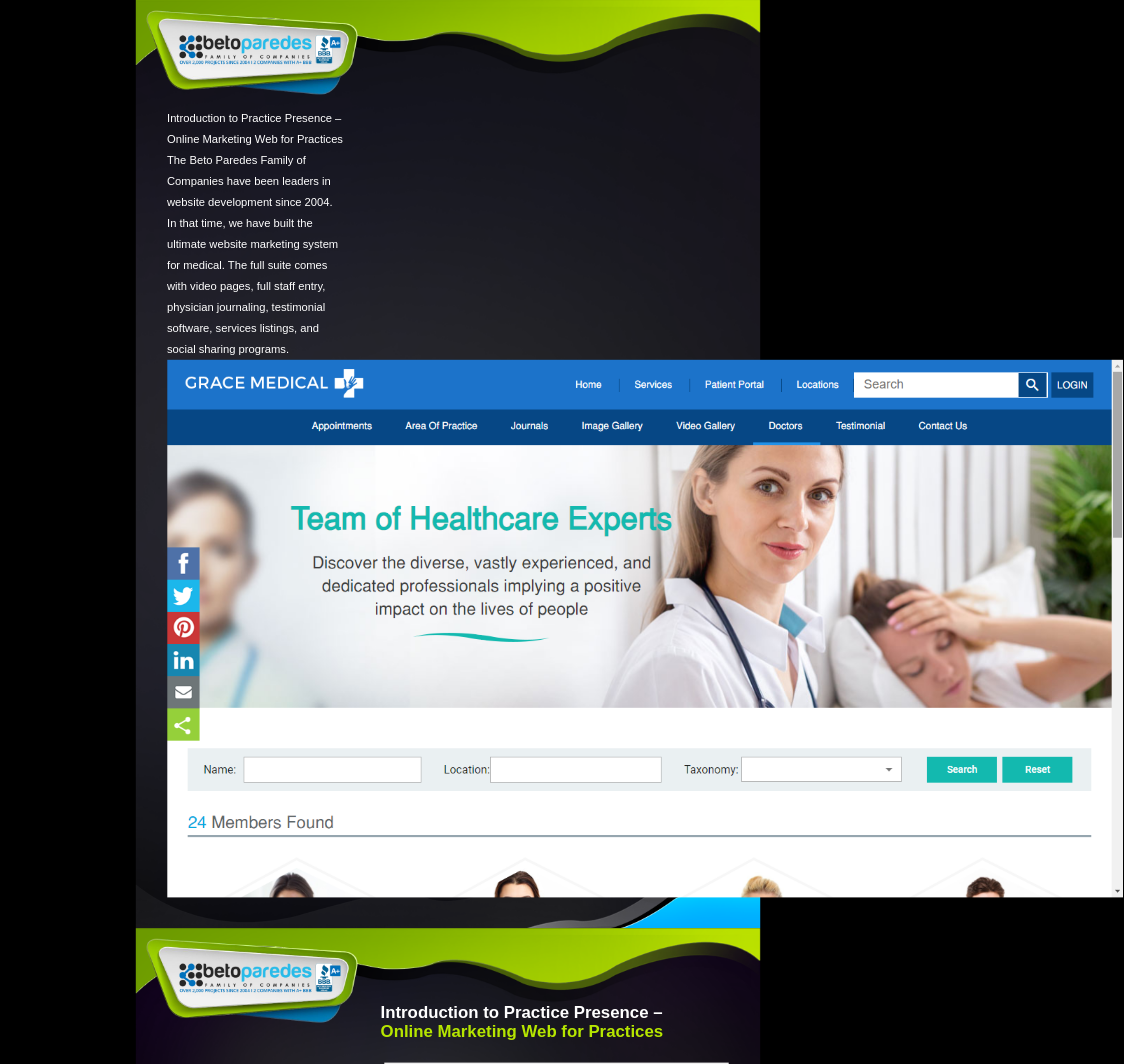
Repository: koushikbiswas/Beto_Paredes_Family_Opportunities_Intro_Deck
Page: slide29.html
An editor plug-in stored every save of this project. The page is shown before and after the next save, followed by the edit.
The browser window is 1280 px wide. The page is 1605 px wide, then 1280 px, so the pictures cover 1605 px, including what lies to the right of the window. The pictures show the part of the page from y = 0 to 1520 px (the page is 3400 px tall before and 2594 px after), at 70% of full size.

Above is the page before, as saved 2021-12-21 18:06:22.

### slide29.html
<!DOCTYPE html>
<html lang="en">
<head>
    <meta charset="UTF-8">
    <meta http-equiv="X-UA-Compatible" content="IE=edge">
    <meta name="viewport" content="width=device-width, initial-scale=1.0">
    <title>Document</title>
    <link rel="stylesheet" href="assets/css/slide.css">
</head>
<body>
        <!-- -----------START SLIDE 25 HTML----------- -->
        <div class="pdfhomepagemain slide25">
            <div class="pdfmaincontainer">
                <div class="pdfheaderblock">
                    <div class="pdfheaderblockinner">
                        <div class="pdflogowrapper">
                            <img src="assets/images/common/pdflogo.png" alt="logo">
                        </div>
                    </div>
                </div>
                <div class="pdfmaincontent">
                    <div class="pdfmaincontentinner">
                        <p>Introduction to Practice Presence – <br><span>Online Marketing Web for Practices</span></p>
                        <div class="pdfmaincontentinnerbottom">
                            <div class="pdfmaincontentinnerbottominner">
                                <p>The <span>Beto Paredes Family of <br>Companies have been leaders in <br>website development since 2004</span>. <br>In that time, we have built the <br>ultimate website marketing system <br>for medical. The full suite comes <br>with video pages, full staff entry, <br>physician journaling, testimonial <br>software, services listings, and <br>social sharing programs.</p>
                            </div>
                            <div class="pdfmainimgwrapper">
                                <img src="assets/images/slide25-screenimg.png" alt="slide25 screenimg">
                            </div>
                        </div>
                    </div>
                </div>
                <div class="pdffooterblock">
                </div>
            </div>
        </div> <!-------------END SLIDE 25 HTML------------->
    <!-- -----------START SLIDE 26 HTML----------- -->
    <div class="pdfhomepagemain slide26">
        <div class="pdfmaincontainer">
            <div class="pdfheaderblock">
                <div class="pdfheaderblockinner">
                    <div class="pdflogowrapper">
                        <img src="assets/images/common/pdflogo.png" alt="logo">
                    </div>
                </div>
            </div>
            <div class="pdfmaincontent">
                <div class="pdfmaincontentinner">
                    <p>Introduction to Practice Presence – <br><span>Online Marketing Web for Practices</span></p>
                    <div class="pdfmaincontentinnerbottom">
                        <div class="pdfmaincontentinnerbottominner">
                            <p>The <span>Beto Paredes Family of <br>Companies have been leaders in <br>website development since 2004</span>. <br>In that time, we have built the <br>ultimate website marketing system <br>for medical. The full suite comes <br>with video pages, full staff entry, <br>physician journaling, testimonial <br>software, services listings, and <br>social sharing programs.</p>
                        </div>
                        <div class="pdfmainimgwrapper">
                            <img src="assets/images/slide26-screenimg.png" alt="slide26 screenimg">
                        </div>
                    </div>
                </div>
            </div>
            <div class="pdffooterblock">
            </div>
        </div>
    </div> <!-------------END SLIDE 26 HTML------------->

    <!-- -----------START SLIDE 27 HTML----------- -->
    <div class="pdfhomepagemain slide27">
        <div class="pdfmaincontainer">
            <div class="pdfheaderblock">
                <div class="pdfheaderblockinner">
                    <div class="pdflogowrapper">
                        <img src="assets/images/common/pdflogo.png" alt="logo">
                    </div>
                </div>
            </div>
            <div class="pdfmaincontent">
                <div class="pdfmaincontentinner">
                    <p>Introduction to Practice Presence – <br><span>Online Marketing Web for Practices</span></p>
                    <div class="pdfmaincontentinnerbottom">
                        <div class="pdfmaincontentinnerbottominner">
                            <p>The <span>Beto Paredes Family of <br>Companies have been leaders in <br>website development since 2004</span>. <br>In that time, we have built the <br>ultimate website marketing system <br>for medical. The full suite comes <br>with video pages, full staff entry, <br>physician journaling, testimonial <br>software, services listings, and <br>social sharing programs.</p>
                        </div>
                        <div class="pdfmainimgwrapper">
                            <img src="assets/images/slide27-screenimg.png" alt="slide27 screenimg">
                        </div>
                    </div>
                </div>
            </div>
            <div class="pdffooterblock">
            </div>
        </div>
    </div> <!-------------END SLIDE 27 HTML------------->

    <!-- -----------START SLIDE 28 HTML----------- -->
    <div class="pdfhomepagemain slide28">
        <div class="pdfmaincontainer">
            <div class="pdfheaderblock">
                <div class="pdfheaderblockinner">
                    <div class="pdflogowrapper">
                        <img src="assets/images/common/pdflogo.png" alt="logo">
                    </div>
                </div>
            </div>
            <div class="pdfmaincontent">
                <div class="pdfmaincontentinner">
                    <p>Introduction to Practice Presence – <br><span>Online Marketing Web for Practices</span></p>
                    <p class="parabottom">Combining all the practice’s current information <br>with new program details, clients make a serious <br>impact facilitating <span>TM-Flow and <br>neoGEN</span> treatments. Although our website <br>software outperforms most medical marketing <br>websites it is only available as an add on sale <br>for practices that purchase our products.</p>
                </div>
            </div>
            <div class="pdffooterblock">
            </div>
        </div>
    </div> <!-------------END SLIDE 28 HTML------------->
    <!-- -----------START SLIDE 29 HTML----------- -->
    <div class="pdfhomepagemain slide29">
        <div class="pdfmaincontainer">
            <div class="pdfheaderblock">
                <div class="pdfheaderblockinner">
                    <div class="pdflogowrapper">
                        <img src="assets/images/common/pdflogo.png" alt="logo">
                    </div>
                </div>
            </div>
            <div class="pdfmaincontent">
                <div class="pdfmaincontentinner">
                    <h2><span>Over</span> 2,000 PROJECT SINCE 2004 <br>2 COMPANIES WITH A+ BBB</h2>
                    <h1>THANK YOU FOR REVIEWING THE OPPORTUNITY WITH US HERE AT THE BETO PAREDES FAMILY OF COMPANIES. WE REALLY HOPE TO SEE YOU JOIN US AS A SALES REP!</h1>
                    <p>You can contact me directly as well as sign up right away on our website at <a href="https://www.betoparedes.com/" target="_blank">www.betoparedes.com</a></p>
                    <h4>BETO PAREDES - <a href="tel:208.440.0928" target="_top">208.440.0928</a>  |  <a href="mailto:beto@betoparedes.com" target="_top">beto@betoparedes.com</a></h4>
                    <div class="logolists">
                        <div class="logoimg">
                            <img src="assets/images/slide29-tmflowlogo.png" alt="tmflowlogo">
                        </div>
                        <div class="logoimg">
                            <img src="assets/images/slide29-neogenlogo.jpg" alt="neogenlogo">
                        </div>
                        <div class="logoimg">
                            <img src="assets/images/slide29-pecelogo.png" alt="pecelogo">
                        </div>
                        <div class="logoimg">
                            <img src="assets/images/slide29-biologo.jpg" alt="biologo">
                        </div>
                        <div class="logoimg">
                            <img src="assets/images/slide29-practiceogo.png" alt="practiceogo">
                        </div>
                    </div>
                </div>
            </div>
            <div class="pdffooterblock">
            </div>
        </div>
    </div>    <!-- -----------END SLIDE 29 HTML----------- -->

</body>
</html>

### assets/css/slide.css

a{color:var(--links);text-decoration:none;background-color:transparent;-webkit-text-decoration-skip:objects}
.clear{clear:both;overflow:hidden}
.pdfhomepagemain img{border:0 !important;outline:0 !important}
.pdfhomepagemain a img{outline:none}
a{outline:none;cursor:pointer}
a:active,a:focus{outline:none}
:active,:focus{outline:none;-moz-outline-style:none}
:link:focus,:visited:focus{outline:none}
html{overflow-y:scroll;overflow-x:hidden;}
html,body{height:100%;width:100%;position:relative;font-family: 'Arial', sans-serif;}
button{cursor: pointer;word-wrap:break-word!important;white-space:unset!important;overflow-wrap:break-word;word-wrap:break-word;word-break:break-word;line-height:normal!important}
body{background-color: #000;margin: 0;}

.pdfhomepagemain{margin: 0;padding: 0;}
.pdfmaincontainer{margin: 0 auto;padding: 0;display: block;width:892px;background-image: url(../images/common/pdfbgoverlay.png);background-repeat: no-repeat;background-position:center center;-webkit-background-size: cover;-moz-background-size: cover;-o-background-size: cover;background-size: cover;display:block;position: relative;padding-bottom: 40px;}
.pdfheaderblock{margin: 0 auto;padding: 0;display: block;width:100%;background-image: url(../images/common/pdfheaderbg.png);background-repeat: no-repeat;background-position:left top;-webkit-background-size: 100% auto;-moz-background-size: 100% auto;-o-background-size: 100% auto;background-size: 100% auto;display:block;min-height: 106px;}
.pdfheaderblockinner{padding:15px}
.pdffooterblock{margin: 0 auto;padding: 0;display: block;width:100%;background-image: url(../images/common/pdffooterrbg.png);background-repeat: no-repeat;background-position:left top;-webkit-background-size: 100% auto;-moz-background-size: 100% auto;-o-background-size: 100% auto;background-size: 100% auto;display:block;min-height: 87px;position: absolute;bottom: 0;}
.pdfmaincontent{position: relative;z-index: 9;}
.pdfmaincontentinner{width: 90%;margin: 0 auto;padding: 0;display: block;}

.pdfheaderblock .pdflogowrapper{width: 302px;display: block;}
.pdfheaderblock .pdflogowrapper img{width:100%}
.pdfmaincontent h2{margin: 0;padding: 0;color:#b6e600;text-transform: uppercase;}
.pdfmaincontent h2 span{text-transform: capitalize;}
.pdfmaincontent h1{margin: 0;padding: 0;color:#fff;text-transform: uppercase;}
.pdfmaincontent p{margin: 0;padding: 0;color:#fff;line-height: 30px;}
.pdfmaincontent h4{margin: 0;padding: 0;color:#fff;}


/*-----------START SLIDE 26 CSS-----------*/
.slide26 .pdfmaincontent p{padding-left: 38%;margin-top: -6%;font-size: 24px;font-weight: 600;line-height: 28px;}
.slide26 .pdfmaincontent p span{color:#b6e600;}
.slide26 .pdfmaincontent .pdfmaincontentinnerbottom{margin-top: 30px;display: flex;align-items: flex-start;justify-content: space-between;}
.slide26 .pdfmaincontentinnerbottominner{width: 45%;}
.slide26 .pdfmaincontentinnerbottominner p{padding-left: 0 !important;margin-top: 0 !important;font-size: 18px !important;}
.slide26 .pdfmaincontentinnerbottom .pdfmainimgwrapper{background-color: #eeeeeeff;padding: 8px;width: 69%;}
.slide26 .pdfmaincontentinnerbottom .pdfmainimgwrapper img{width:100%}
/*-----------END SLIDE 26 CSS-----------*/

/*-----------START SLIDE 27 CSS-----------*/
.slide27 .pdfmaincontent p{padding-left: 38%;margin-top: -6%;font-size: 24px;font-weight: 600;line-height: 28px;}
.slide27 .pdfmaincontent p span{color:#b6e600;}
.slide27 .pdfmaincontent .pdfmaincontentinnerbottom{margin-top: 30px;display: flex;align-items: flex-start;justify-content: space-between;}
.slide27 .pdfmaincontentinnerbottominner{width: 45%;}
.slide27 .pdfmaincontentinnerbottominner p{padding-left: 0 !important;margin-top: 0 !important;font-size: 18px !important;}
.slide27 .pdfmaincontentinnerbottom .pdfmainimgwrapper{background-color: #eeeeeeff;padding: 8px;width: 69%;}
.slide27 .pdfmaincontentinnerbottom .pdfmainimgwrapper img{width:100%}
/*-----------END SLIDE 27 CSS-----------*/

/*-----------START SLIDE 28 CSS-----------*/
.slide28 .pdfmaincontent p{padding-left: 38%;margin-top: -6%;font-size: 21px;font-weight: 600;line-height: 30px;}
.slide28 .pdfmaincontent p span{color:#b6e600;}
.slide28 .pdfmaincontent p.parabottom{margin-top: 20px;margin-bottom: 46px;}
/*-----------END SLIDE 28 CSS-----------*/

/*-----------START SLIDE 29 CSS-----------*/
.slide29 .pdfmaincontent h2{padding-left: 35%;margin-top: -6%;font-size: 26px;}
.slide29 .pdfmaincontent h1{font-size: 28px;margin-top: 20px;margin-bottom:20px}
.slide29 .pdfmaincontent p{font-size: 18px;}
.slide29 .pdfmaincontent p a{color:#b6e600;}
.slide29 .pdfmaincontent h4{font-size: 28px;margin-top: 20px;margin-bottom:20px;font-weight: 500;}
.slide29 .logolists{background-color: #fff;padding: 0px 10px;border-radius: 20px;display: flex;align-items: center;justify-content: space-around;}
.slide29 .logolists .logoimg{flex:1}
.slide29 .logolists .logoimg img{width:100%}
/*-----------END SLIDE 29 CSS-----------*/

After the next save:
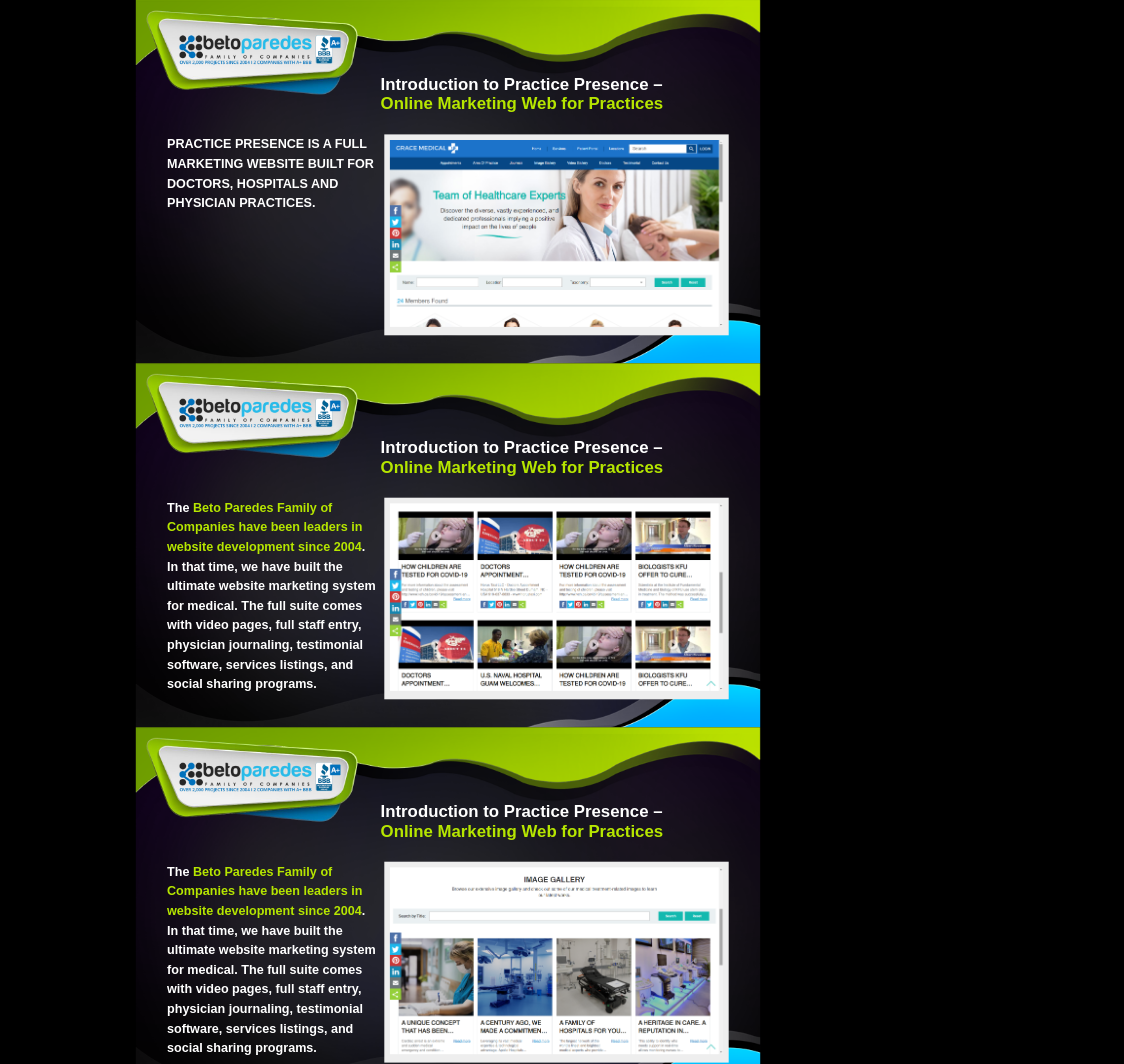
Saved 98 s later.
--- a/slide29.html
+++ b/slide29.html
@@ -23,7 +23,7 @@
                         <p>Introduction to Practice Presence – <br><span>Online Marketing Web for Practices</span></p>
                         <div class="pdfmaincontentinnerbottom">
                             <div class="pdfmaincontentinnerbottominner">
-                                <p>The <span>Beto Paredes Family of <br>Companies have been leaders in <br>website development since 2004</span>. <br>In that time, we have built the <br>ultimate website marketing system <br>for medical. The full suite comes <br>with video pages, full staff entry, <br>physician journaling, testimonial <br>software, services listings, and <br>social sharing programs.</p>
+                                <p>PRACTICE PRESENCE IS A FULL MARKETING WEBSITE BUILT FOR DOCTORS, HOSPITALS AND PHYSICIAN PRACTICES.</p>
                             </div>
                             <div class="pdfmainimgwrapper">
                                 <img src="assets/images/slide25-screenimg.png" alt="slide25 screenimg">
--- a/assets/css/slide.css
+++ b/assets/css/slide.css
@@ -28,6 +28,16 @@
 .pdfmaincontent p{margin: 0;padding: 0;color:#fff;line-height: 30px;}
 .pdfmaincontent h4{margin: 0;padding: 0;color:#fff;}
 
+
+/*-----------START SLIDE 25 CSS-----------*/
+.slide25 .pdfmaincontent p{padding-left: 38%;margin-top: -6%;font-size: 24px;font-weight: 600;line-height: 28px;}
+.slide25 .pdfmaincontent p span{color:#b6e600;}
+.slide25 .pdfmaincontent .pdfmaincontentinnerbottom{margin-top: 30px;display: flex;align-items: flex-start;justify-content: space-between;}
+.slide25 .pdfmaincontentinnerbottominner{width: 45%;}
+.slide25 .pdfmaincontentinnerbottominner p{padding-left: 0 !important;margin-top: 0 !important;font-size: 18px !important;}
+.slide25 .pdfmaincontentinnerbottom .pdfmainimgwrapper{background-color: #eeeeeeff;padding: 8px;width: 69%;}
+.slide25 .pdfmaincontentinnerbottom .pdfmainimgwrapper img{width:100%}
+/*-----------END SLIDE 25 CSS-----------*/
 
 /*-----------START SLIDE 26 CSS-----------*/
 .slide26 .pdfmaincontent p{padding-left: 38%;margin-top: -6%;font-size: 24px;font-weight: 600;line-height: 28px;}
